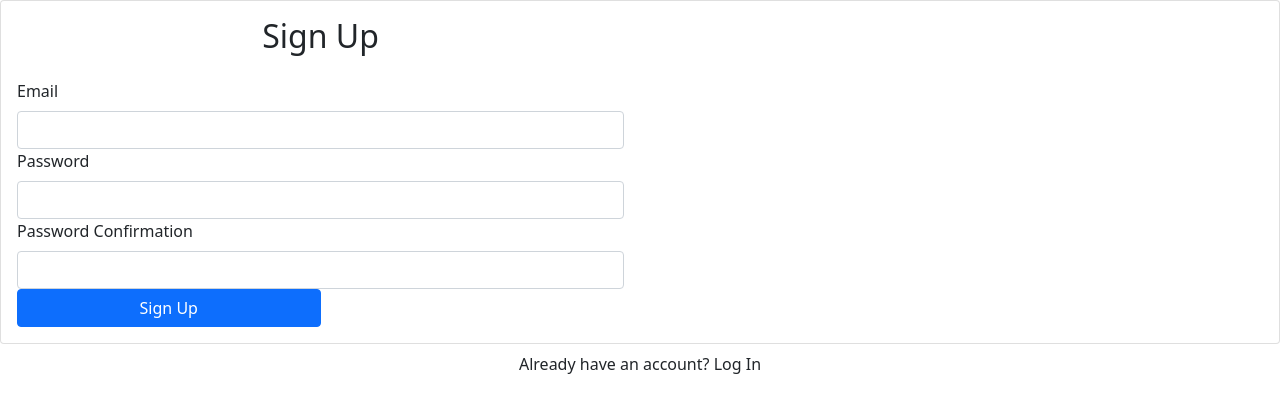
Repository: carinvid/reach-eshop
Page: /signup
These files come from the project's save history. The page is drawn as it stood at one moment and after the next save; the edit follows.
The browser window is 1280 px wide. The pictures show the whole page.
The page's requests for data from a server got no answer. The project was rebuilt for these pictures with package versions that can differ from the ones it lists, and the page was loaded fresh each time. No one was signed in, and anything a server would have sent is missing. Also part of the build but not shown: src/Header.css, src/Header.js, src/Home.css, src/Product.css, src/Product.js, src/Home.js, src/Checkout.css, src/CheckoutProduct.css and 7 more.

Above is the page before, as saved 2022-04-06 15:23:25.

### public/index.html
<!DOCTYPE html>
<html lang="en">
  <head>
    <meta charset="utf-8" />

    <meta name="viewport" content="width=device-width, initial-scale=1" />
    <meta name="theme-color" content="#000000" />

    <title>React App</title>
  </head>
  <body>

    <div id="root"></div>

  </body>
</html>

### src/index.js
import React from 'react';
import ReactDOM from 'react-dom';
import './index.css';
import App from './App';
import reducer, { initialState} from './reducer';
import { StateProvider } from './StateProvider';
import "bootstrap/dist/css/bootstrap.min.css"

ReactDOM.render(
  <React.StrictMode>
    <StateProvider initialState={initialState} reducer = { reducer }>
    <App />
    </StateProvider>
  </React.StrictMode>,
  document.getElementById('root')
);

### src/index.css
body {
  margin: 0;
  background-color: rgba(234, 237,237);
  font-family: -apple-system, BlinkMacSystemFont, 'Segoe UI', 'Roboto', 'Oxygen',
    'Ubuntu', 'Cantarell', 'Fira Sans', 'Droid Sans', 'Helvetica Neue',
    sans-serif;
  -webkit-font-smoothing: antialiased;
  -moz-osx-font-smoothing: grayscale;
}

code {
  font-family: source-code-pro, Menlo, Monaco, Consolas, 'Courier New',
    monospace;
}

### src/App.js

import './App.css';
import Header from "./Header"
import Home from "./Home";
import {BrowserRouter as Router, Route, Switch} from "react-router-dom"
import Checkout from './Checkout';
import Login from './Login';
import Signup from './Signup';

function App() {
  return (
    <div className="App">
      <Router>
        <Switch>
          <Route path="/login">
            <Login />
          </Route>
          <Route path="/signup">
            <Signup />
          </Route>
          <Route path="/checkout">
            <Header />
            <Checkout />
          </Route>
          <Route path="/" >
            <Header />
            <Home />
          </Route>
        </Switch>
      </Router>

    </div>)
}

export default App;

### src/Reducer.js
export const initialState = {
    basket: [],
};

export const getBasketTotal = (basket) => {
    return(basket?.reduce((amount, item) => item.price + amount, 0));
}

const reducer = (state, action) => {
    switch(action.type) {
        case "ADD_TO_BASKET":
            return {
                ...state,
                basket: [...state.basket, action.item],
            }
            case "REMOVE_FROM_BASKET" :
            const index = state.basket.findIndex(
                (basketItem) => basketItem.id === action.id
            );
            let newBasket = [...state.basket];

            if(index >= 0) {
                newBasket.splice(index, 1)
            } else {
                console.warn( `Can't remove product(id: ${action.id}) as it is not in the basket!`)
            }
            return {...state,basket: newBasket}

            default:
            return state;
    }

}

export default reducer;

### src/StateProvider.js
import React, {createContext, useContext, useReducer} from "react";

export const StateContext = createContext();


export const StateProvider = ({ reducer, initialState, children }) => {


    return (
    <StateContext.Provider value={useReducer(reducer, initialState)}>
        {children}
    </StateContext.Provider>
    )
};

export const useStateValue = () => useContext(StateContext);

### src/Signup.js
import React, { useRef } from 'react';
import { Form, Button, Card } from 'react-bootstrap'

export default function Signup() {
    const emailRef = useRef();
    const passwordRef = useRef();
    const passwordConfirmRef = useRef();


  return (
    <>
    <Card>
        <Card.Body className="w-50">
            <h2 className="text-center mb-4">Sign Up</h2>
            <Form >
                    <Form.Group id= 'email'>
                        <Form.Label>Email</Form.Label>
                        <Form.Control type="email" ref={emailRef} required ></Form.Control>
                    </Form.Group>
                    <Form.Group id="password">
                        <Form.Label>Password</Form.Label>
                        <Form.Control type="password" ref={passwordRef} required ></Form.Control>
                    </Form.Group>
                    <Form.Group id="password-confirm">
                        <Form.Label>Password Confirmation</Form.Label>
                        <Form.Control type="password" ref={passwordConfirmRef} required ></Form.Control>
                    </Form.Group>
                    <Button className="w-50" type="submit">Sign Up</Button>
            </Form>
        </Card.Body>
    </Card>
    <div className="w-100 text-center mt-2">
        Already have an account? Log In
    </div>
    </>
  )
}

Loaded but not shown: src/App.css (common file)

After the next save:
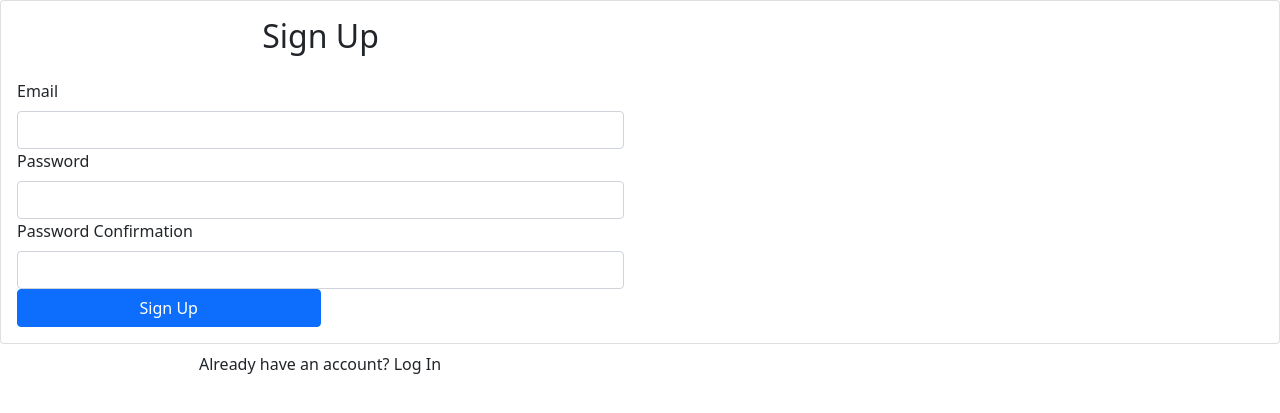
Saved 56 s later.
--- a/src/Signup.js
+++ b/src/Signup.js
@@ -29,7 +29,7 @@ export default function Signup() {
             </Form>
         </Card.Body>
     </Card>
-    <div className="w-100 text-center mt-2">
+    <div className="w-50 text-center mt-2">
         Already have an account? Log In
     </div>
     </>
